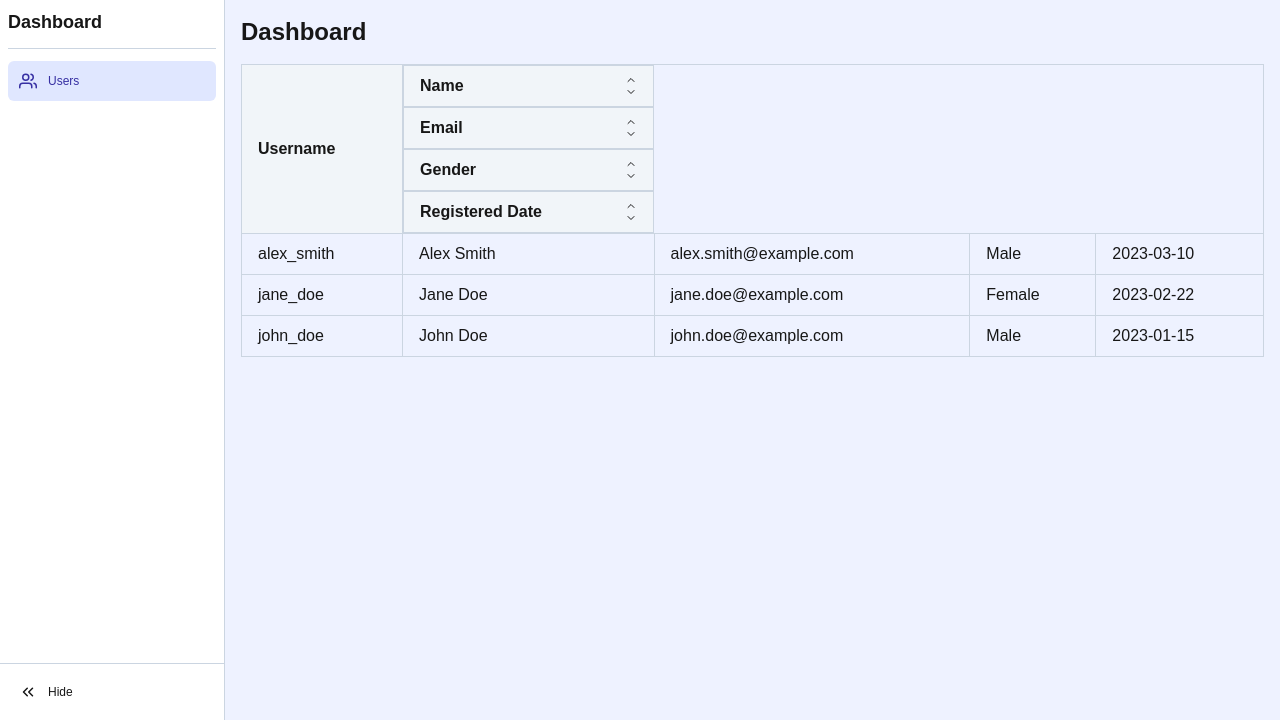
Repository: Ademaulana100499/userdashboard
Page: /
An editor plug-in stored every save of this project. The page is shown before and after the next save, followed by the edit.
The browser window is 1280 px wide. The pictures show the whole page.
The project was rebuilt for these pictures with package versions that can differ from the ones it lists, and the page was loaded fresh each time. The framework's server and built-in components were replaced by stand-ins that run in the browser. Also part of the build but not shown: next.config.mjs.

Above is the page before, as saved 2025-02-14 18:55:21.

After the next save:
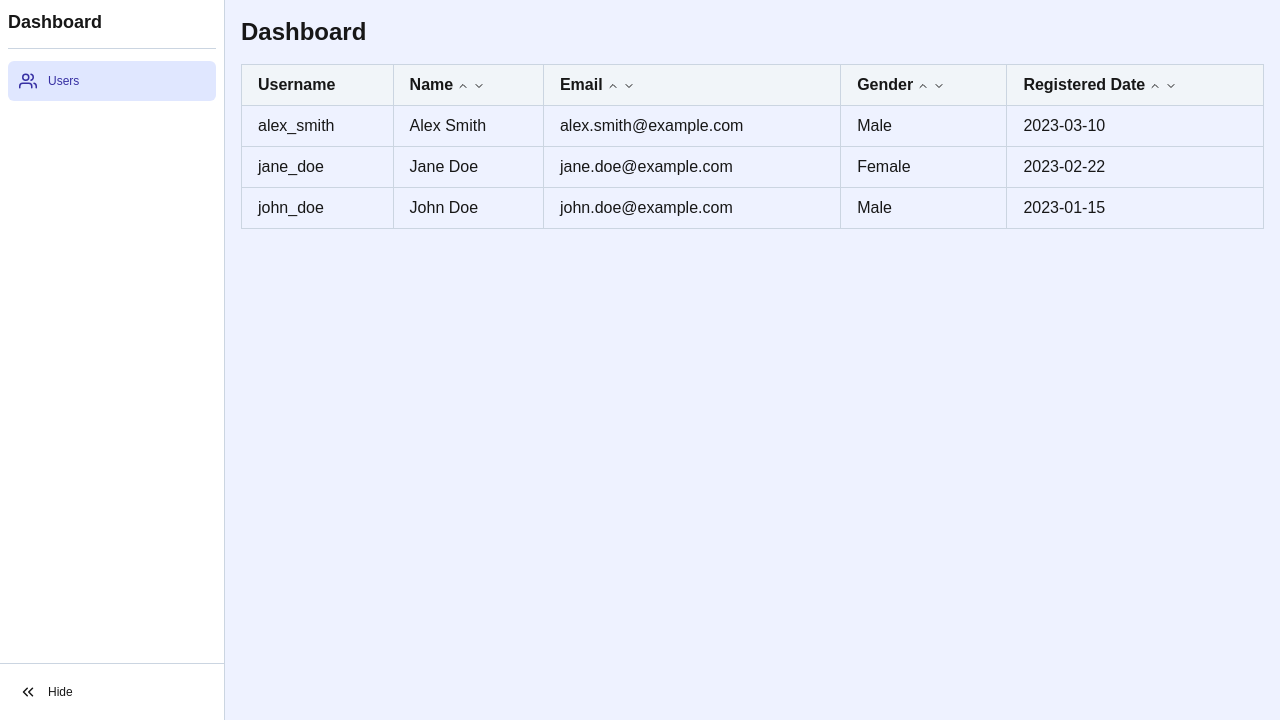
Saved 50 s later.
--- a/src/components/DashboardContent.jsx
+++ b/src/components/DashboardContent.jsx
@@ -74,40 +74,32 @@ const DashboardContent = () => {
               Username
             </th>
             <th
-              className="border flex justify-between border-slate-300 px-4 py-2 text-left cursor-pointer"
+              className="border border-slate-300 px-4 py-2 text-left cursor-pointer"
               onClick={() => requestSort("name")}>
-              Name{" "}
-              <div>
-                <FiChevronUp className="text-xs ml-1" />
-                <FiChevronDown className="text-xs ml-1" />
-              </div>
+              Name
+              <FiChevronUp className="text-xs ml-1 inline-block" />
+              <FiChevronDown className="text-xs ml-1 inline-block" />
             </th>
             <th
-              className="border flex justify-between border-slate-300 px-4 py-2 text-left cursor-pointer"
+              className="border border-slate-300 px-4 py-2 text-left cursor-pointer"
               onClick={() => requestSort("email")}>
               Email
-              <div>
-                <FiChevronUp className="text-xs ml-1" />
-                <FiChevronDown className="text-xs ml-1" />
-              </div>
+              <FiChevronUp className="text-xs ml-1 inline-block" />
+              <FiChevronDown className="text-xs ml-1 inline-block" />
             </th>
             <th
-              className="border flex justify-between border-slate-300 px-4 py-2 text-left cursor-pointer"
+              className="border border-slate-300 px-4 py-2 text-left cursor-pointer"
               onClick={() => requestSort("gender")}>
-              Gender{" "}
-              <div>
-                <FiChevronUp className="text-xs ml-1" />
-                <FiChevronDown className="text-xs ml-1" />
-              </div>
+              Gender
+              <FiChevronUp className="text-xs ml-1 inline-block" />
+              <FiChevronDown className="text-xs ml-1 inline-block" />
             </th>
             <th
-              className="border flex justify-between border-slate-300 px-4 py-2 text-left cursor-pointer"
+              className="border border-slate-300 px-4 py-2 text-left cursor-pointer"
               onClick={() => requestSort("registeredDate")}>
-              Registered Date{" "}
-              <div>
-                <FiChevronUp className="text-xs ml-1" />
-                <FiChevronDown className="text-xs ml-1" />
-              </div>
+              Registered Date
+              <FiChevronUp className="text-xs ml-1 inline-block" />
+              <FiChevronDown className="text-xs ml-1 inline-block" />
             </th>
           </tr>
         </thead>
